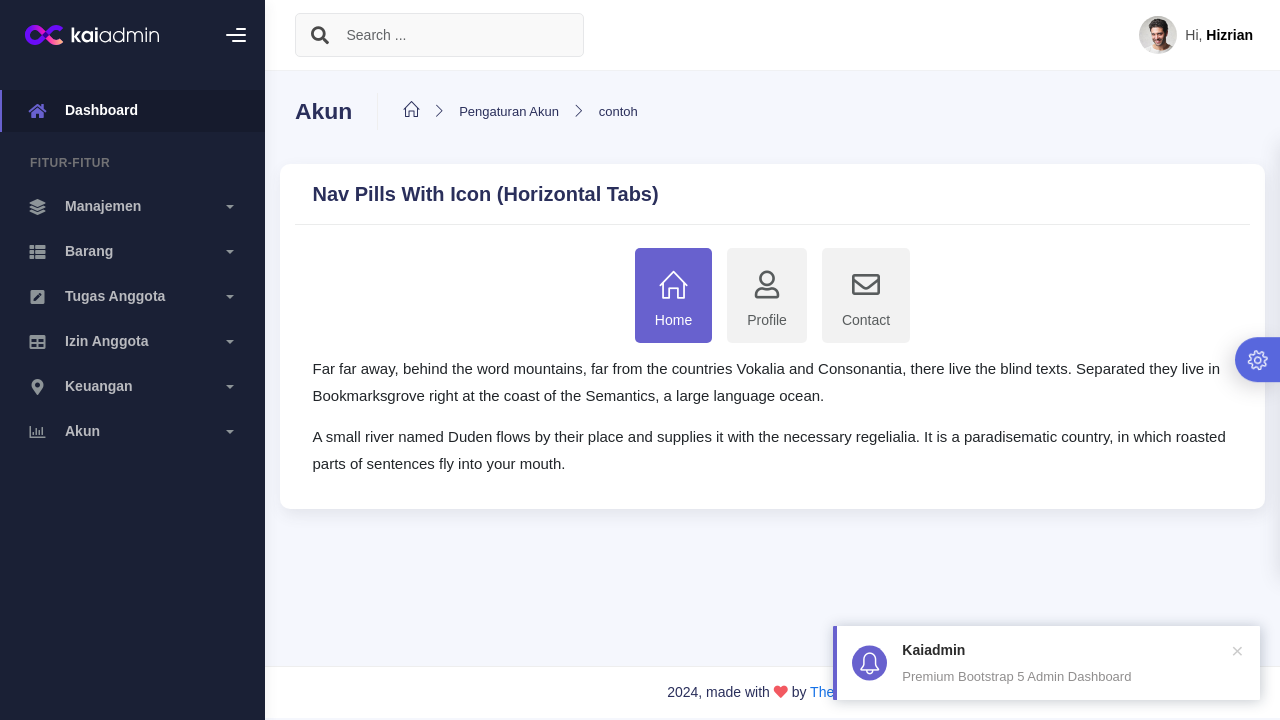
Repository: fatkquladhim/multimedia_laravel
Page: http://localhost/akun
An editor plug-in stored every save of this project. The page is shown before and after the next save, followed by the edit.
The browser window is 1280 px wide. The pictures show the whole page.
Some web fonts or font styles are not loaded; a fallback is used. The page is served by the project's Laravel application, run on PHP 8.4 with Laravel 12.

Above is the page before, as saved 2025-08-16 23:01:23.
Console error: ReferenceError: jsVectorMap is not defined

After the next save:
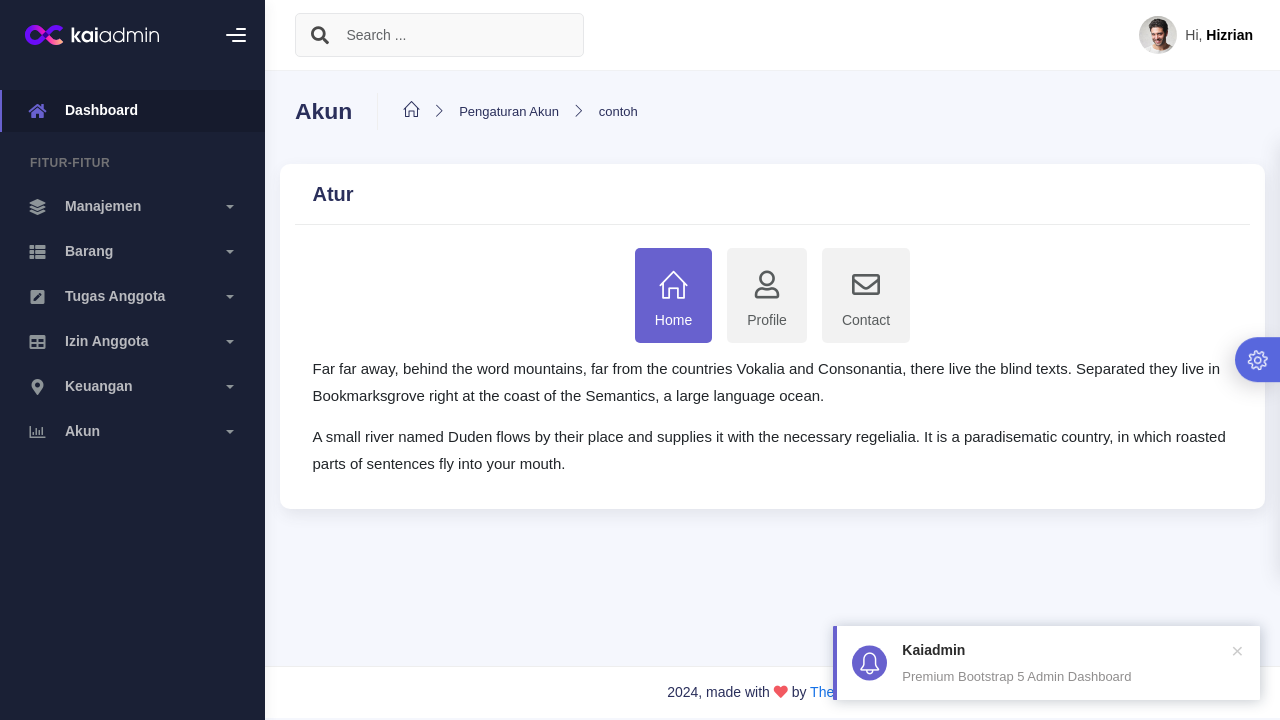
Saved 94 s later.
--- a/resources/views/akun/tampil.blade.php
+++ b/resources/views/akun/tampil.blade.php
@@ -26,7 +26,7 @@
         <div class="row">
           <div class="card">
               <div class="card-header">
-                <h4 class="card-title">Nav Pills With Icon (Horizontal Tabs)</h4>
+                <h4 class="card-title">Atur </h4>
               </div>
               <div class="card-body">
                 <ul class="nav nav-pills nav-secondary  nav-pills-no-bd nav-pills-icons justify-content-center" id="pills-tab-with-icon" role="tablist">
